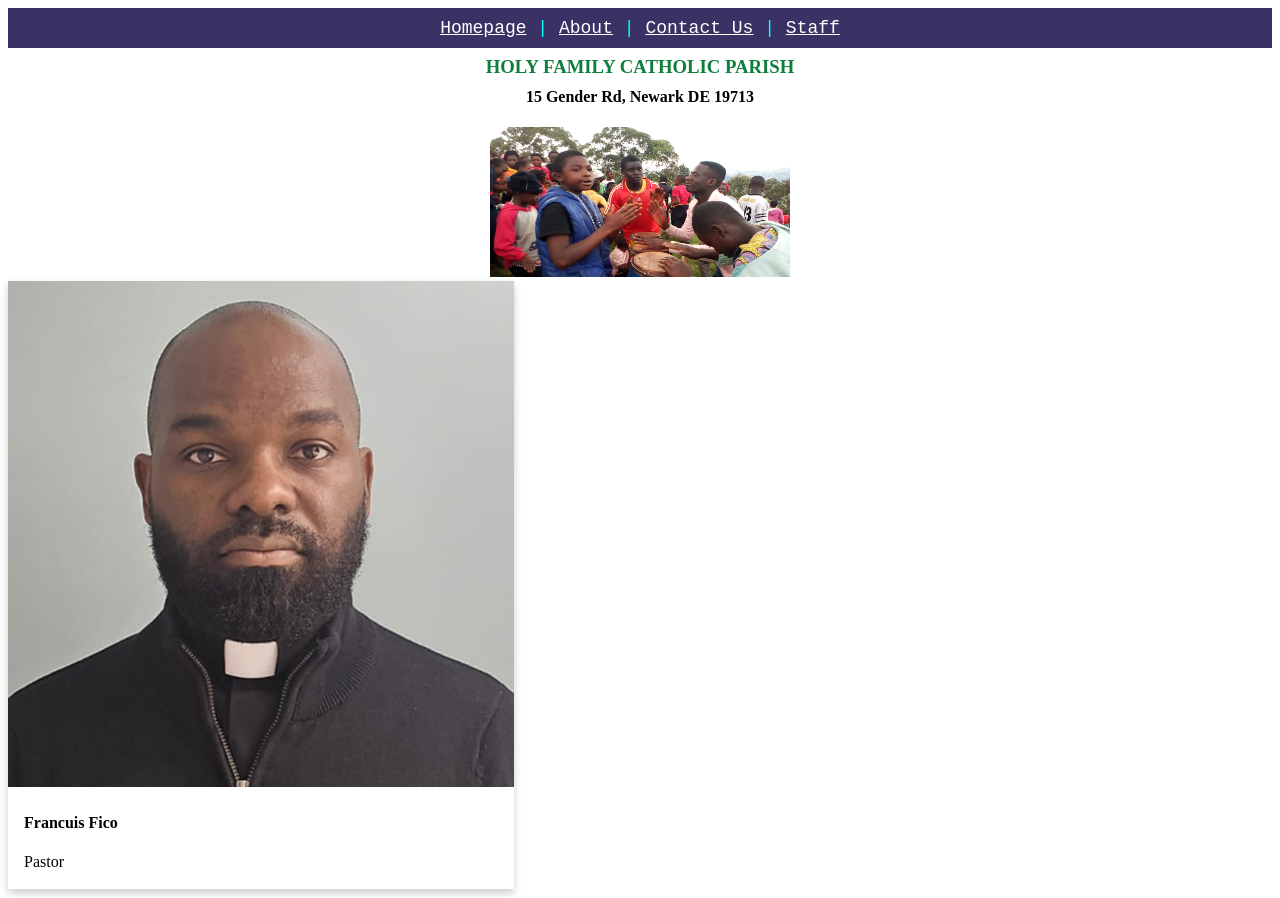
Repository: ficotims/HTML-RESTART
Page: Homepage.html
The author's editor kept a copy of each file at every save. The page is drawn from the files as they stood at one save, then again after the next save.
The browser window is 1280 px wide. The pictures show the whole page.

Above is the page before, as saved 2026-02-10 22:02:26.

After the next save:
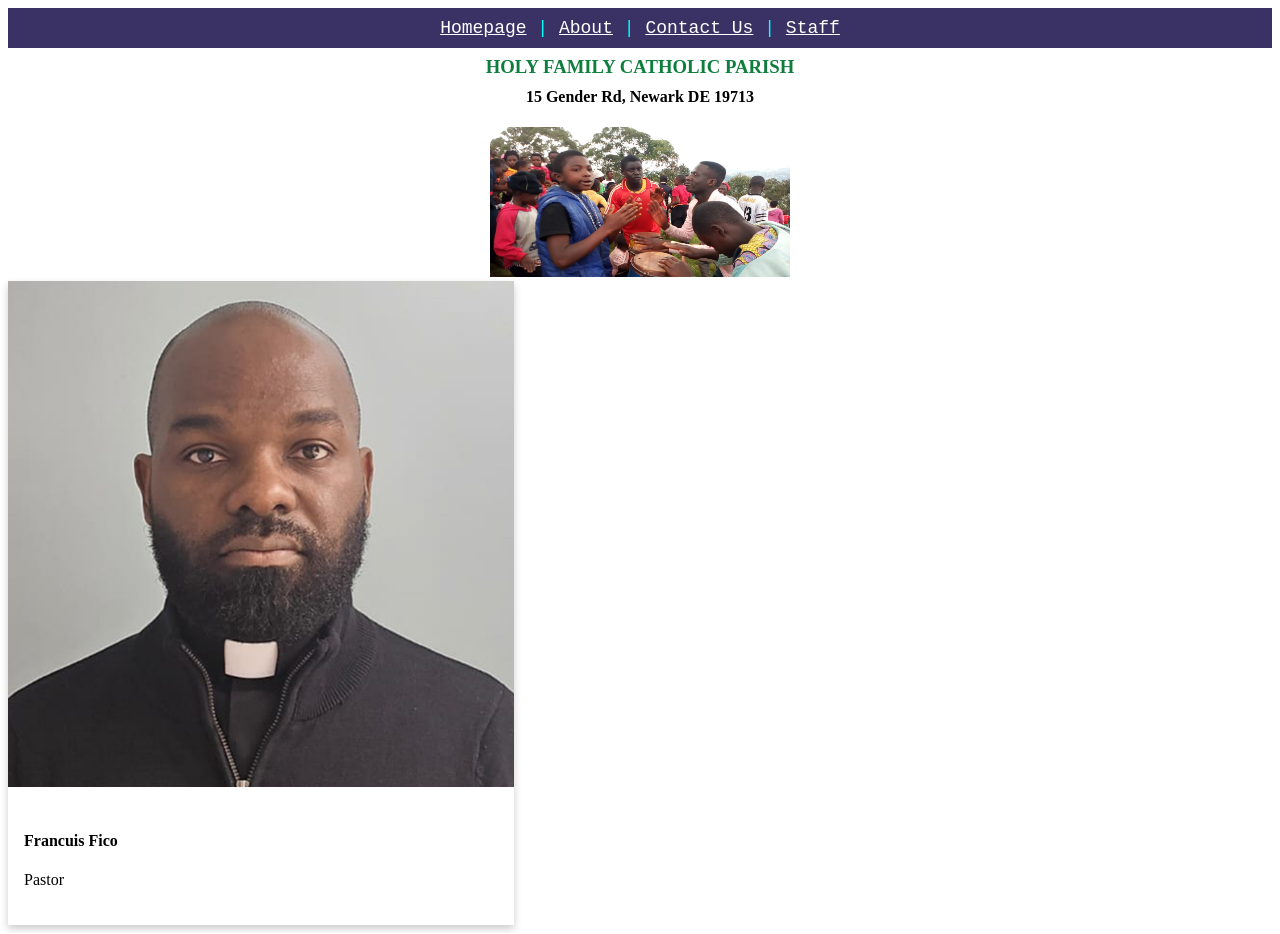
Saved 39 s later.
--- a/Homepage.html
+++ b/Homepage.html
@@ -15,7 +15,7 @@
 }
 
 .container {
-  padding: 2px 16px;
+  padding: 20px 16px;
 }
 </style>
     <title>HTML Crash course with Iman Musa</title>
